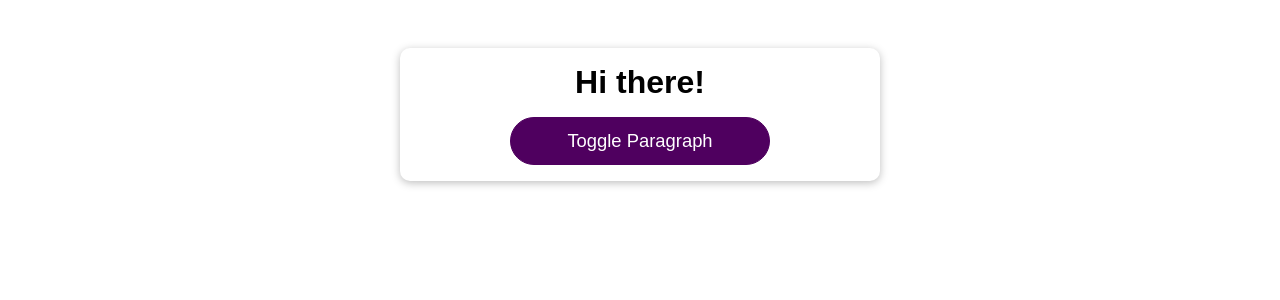
Repository: prathmeshgodbole/React-Optimization
Page: /
The author's editor kept a copy of each file at every save. The page is drawn from the files as they stood at one save, then again after the next save.
The browser window is 1280 px wide. The pictures show the whole page.
The project was rebuilt for these pictures with package versions that can differ from the ones it lists, and the page was loaded fresh each time.

Above is the page before, as saved 2021-07-15 10:41:54.

After the next save:
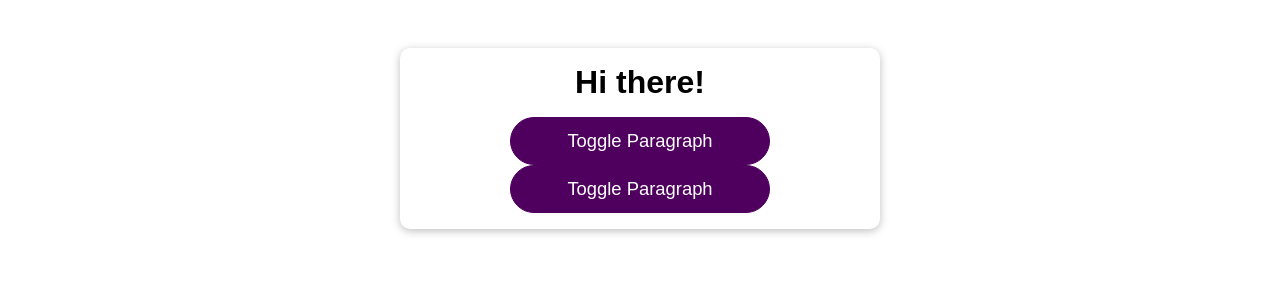
Saved 9 min 11 s later.
--- a/src/App.js
+++ b/src/App.js
@@ -15,6 +15,7 @@ function App() {
       <h1> Hi there! </h1>
       <DemoOutput show={false}/>
       <Button onClick={toggleParagraphHandler}>Toggle Paragraph</Button>
+      <Button onClick={toggleParagraphHandler}>Toggle Paragraph</Button>
     </div>
   );
 }
